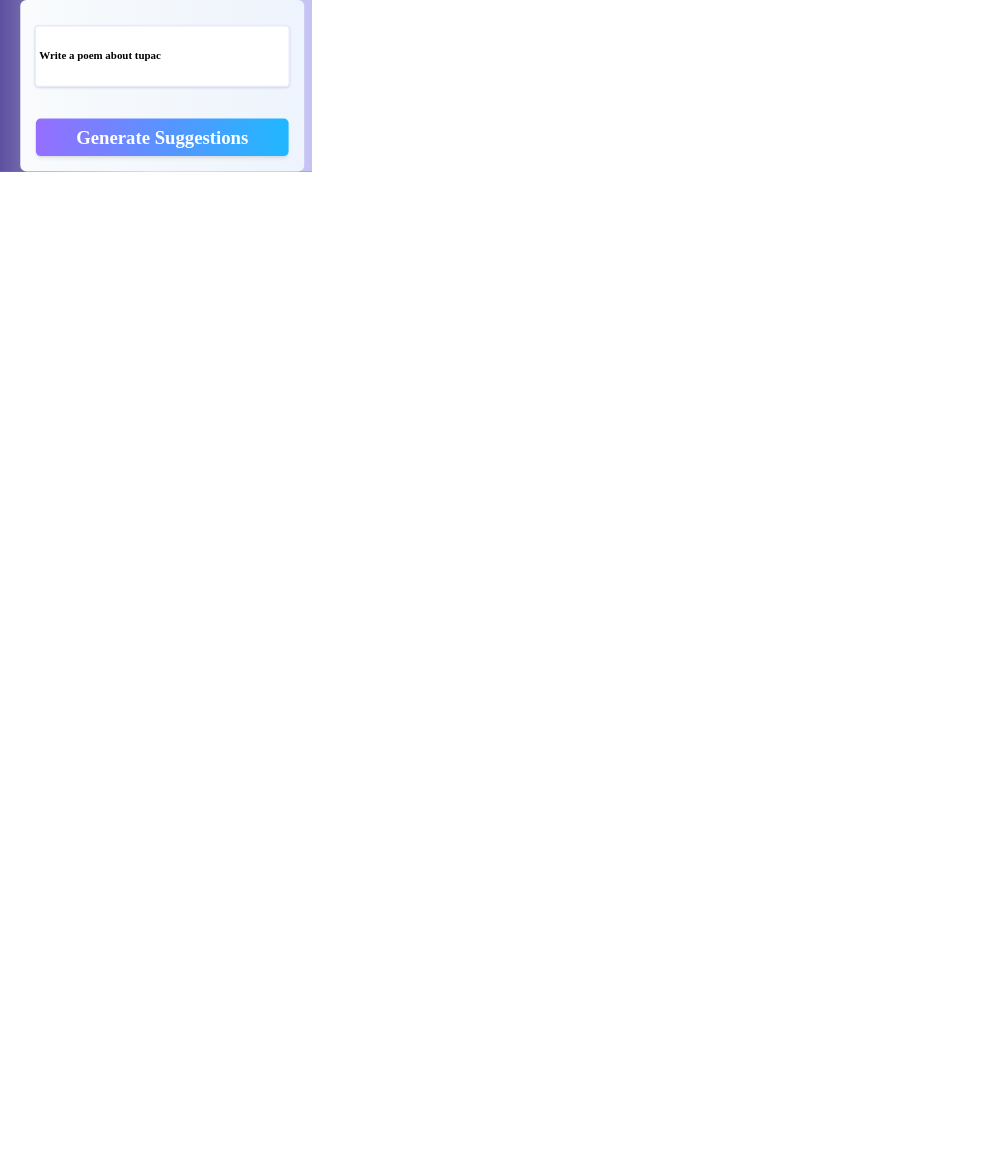
Repository: djdjdallas/AskAlex
Page: /
The author's editor kept a copy of each file at every save. The page is drawn from the files as they stood at one save, then again after the next save.
The browser window is 1280 px wide. The pictures show the whole page, at 78% of full size.
The project was rebuilt for these pictures with package versions that can differ from the ones it lists, and the page was loaded fresh each time. Also part of the build but not shown: webpack.config.js.

Above is the page before, as saved 2023-02-27 16:10:35.

After the next save:
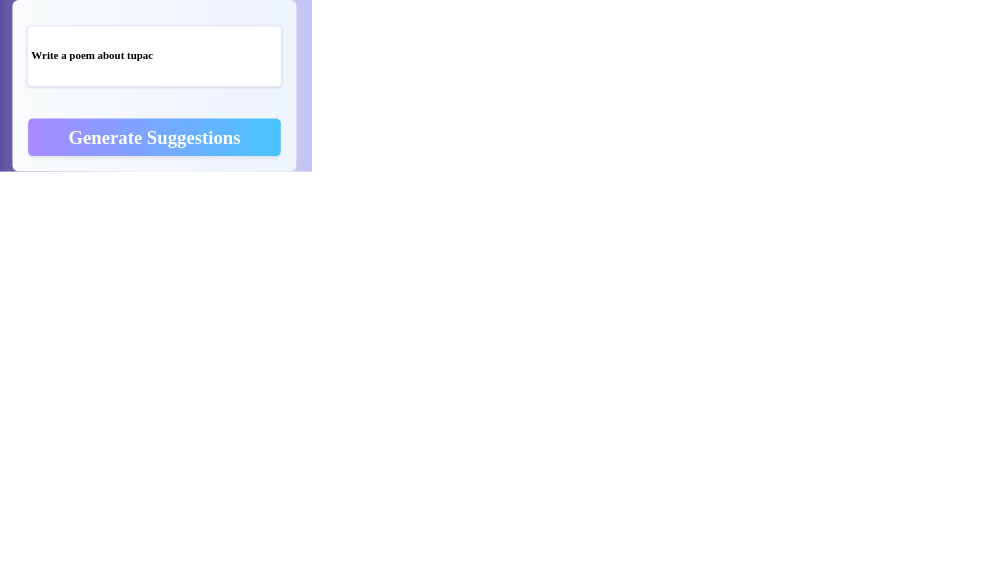
Saved 5 s later.
--- a/src/App.js
+++ b/src/App.js
@@ -1,4 +1,3 @@
-import "./App.css";
 import Popup from "./popup";
 import "./index.css";
 function App() {

After the save that followed:
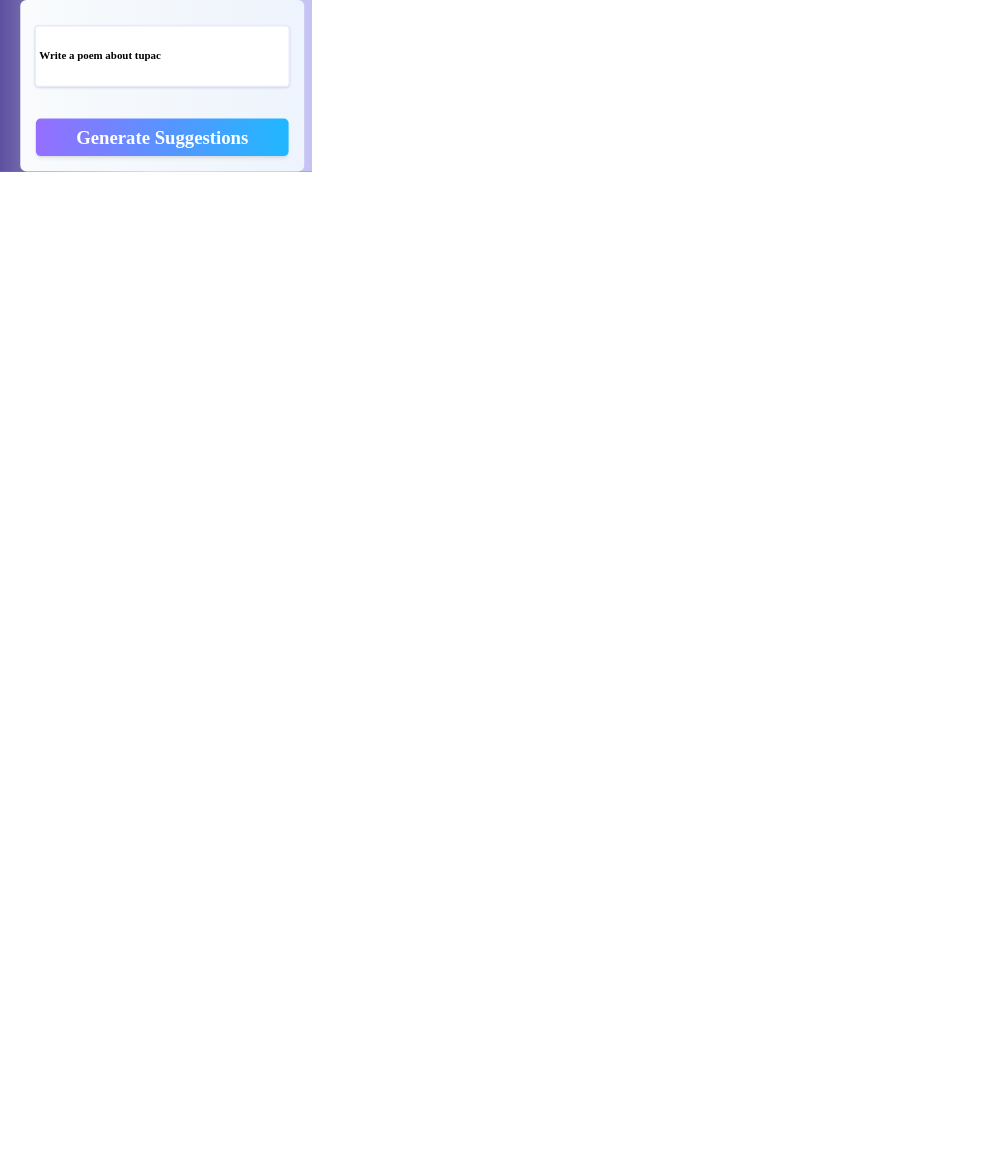
Saved 61 s later.
--- a/src/App.js
+++ b/src/App.js
@@ -1,5 +1,6 @@
+import "./App.css";
 import Popup from "./popup";
-import "./index.css";
+
 function App() {
   return (
     <div className="App w-[500px]">
